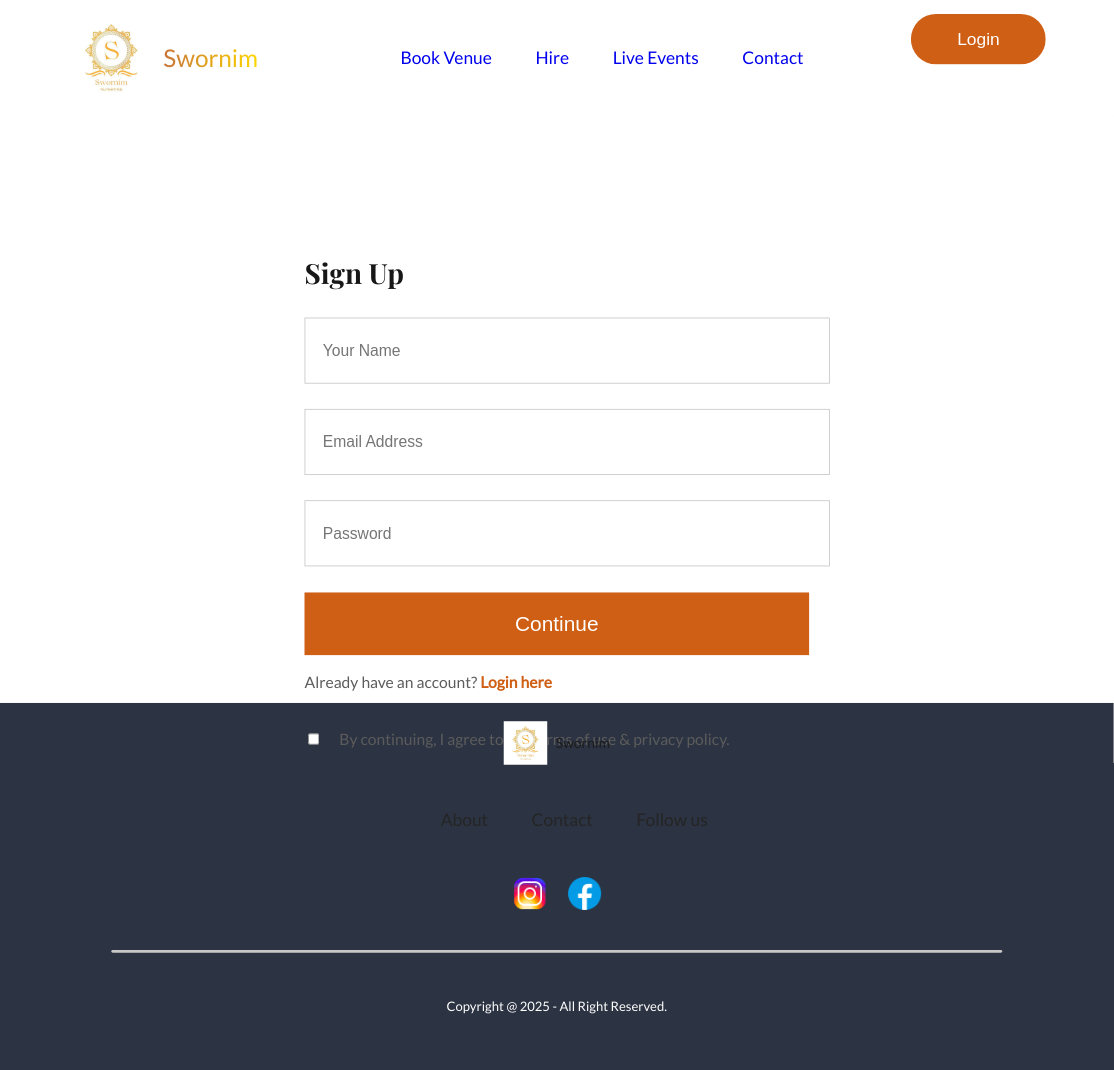
Repository: leonischu/Swornim
Page: /login (app in frontend/)
The author's editor kept a copy of each file at every save. The page is drawn from the files as they stood at one save, then again after the next save.
The browser window is 1280 px wide. The pictures show the whole page, at 87% of full size.
The project was rebuilt for these pictures with package versions that can differ from the ones it lists, and the page was loaded fresh each time. Also part of the build but not shown: frontend/src/App.css, frontend/src/Pages/Book.jsx, frontend/src/Pages/Contact.jsx.

Above is the page before, as saved 2025-05-31 15:29:28.

### frontend/public/index.html
<!DOCTYPE html>
<html lang="en">
  <head>
    <meta charset="utf-8" />
    <link rel="icon" href="%PUBLIC_URL%/favicon.ico" />
    <meta name="viewport" content="width=device-width, initial-scale=1" />
    <meta name="theme-color" content="#000000" />
    <meta
      name="description"
      content="Web site created using create-react-app"
    />
    <link rel="apple-touch-icon" href="%PUBLIC_URL%/logo192.png" />
    <!--
      manifest.json provides metadata used when your web app is installed on a
      user's mobile device or desktop. See https://developers.google.com/web/fundamentals/web-app-manifest/
    -->
    <link rel="manifest" href="%PUBLIC_URL%/manifest.json" />
    <link href="https://fonts.googleapis.com/css2?family=Lato:wght@400;600&family=Playfair+Display:wght@400;600;700&display=swap" rel="stylesheet">
    <!--
      Notice the use of %PUBLIC_URL% in the tags above.
      It will be replaced with the URL of the `public` folder during the build.
      Only files inside the `public` folder can be referenced from the HTML.

      Unlike "/favicon.ico" or "favicon.ico", "%PUBLIC_URL%/favicon.ico" will
      work correctly both with client-side routing and a non-root public URL.
      Learn how to configure a non-root public URL by running `npm run build`.
    -->
    <title>Swornim</title>
  </head>
  <body>
    <noscript>You need to enable JavaScript to run this app.</noscript>
    <div id="root"></div>
    <!--
      This HTML file is a template.
      If you open it directly in the browser, you will see an empty page.

      You can add webfonts, meta tags, or analytics to this file.
      The build step will place the bundled scripts into the <body> tag.

      To begin the development, run `npm start` or `yarn start`.
      To create a production bundle, use `npm run build` or `yarn build`.
    -->
  </body>
</html>

### frontend/src/index.css
body {
  margin: 0;
  font-family: -apple-system, BlinkMacSystemFont, 'Segoe UI', 'Roboto', 'Oxygen',
    'Ubuntu', 'Cantarell', 'Fira Sans', 'Droid Sans', 'Helvetica Neue',
    sans-serif;
  -webkit-font-smoothing: antialiased;
  -moz-osx-font-smoothing: grayscale;
  font-family: 'Lato', sans-serif ;
  color: rgb(29, 29, 29);
}
h1, h2, h3, h4, h5, h6 {
  font-family: 'Playfair Display', serif;
  color: rgb(23, 23, 23); /* Default heading color */
  font-weight: bold;
}
.body-medium {
  font-family: 'Lato', sans-serif;
  font-size: 16px;
  color: rgb(29, 29, 29);
}
.title-medium {
  font-family: 'Playfair Display', serif;
  font-size: 20px;
  font-weight: bold;
  color: rgb(23, 23, 23);
}
.headline-small {
  font-family: 'Playfair Display', serif;
  font-size: 24px;
  font-weight: bold;
  color: white; /* White for headings like "Book Venue" */
}

code {
  font-family: source-code-pro, Menlo, Monaco, Consolas, 'Courier New',
    monospace;
}

### frontend/src/App.js

import './App.css';
import { Navbar } from './Components/Navbar/Navbar';
import { BrowserRouter, Routes, Route } from 'react-router-dom';
import { Book } from './Pages/Book';
import { Contact } from './Pages/Contact';
import { LoginSignup } from './Pages/LoginSignup';
import { Footer} from './Components/Footer/Footer';
function App() {
  return (
    <div>
      <BrowserRouter>
      <Navbar/>
       <Routes>
          <Route path='/' element={<Book/>}/>
          <Route path='/contact' element={<Contact/>}/>

          <Route path='/login' element={<LoginSignup/>}/>
          </Routes>
         <Footer/>
      </BrowserRouter>
    </div>
  );
}

export default App;

### frontend/src/Components/Navbar/Navbar.jsx
import React, { useState } from 'react'
import './Navbar.css'

import logo from '../Assets/logo.jpg'
import { Link } from 'react-router-dom';
export const Navbar = () => {
    const [menu, setMenu] = useState(""); // State for active menu item

  return (
    <div className='navbar'>
      <div className='nav-logo'>
        <img src={logo} alt=""/>
        <p>Swornim</p>
      </div>
      <ul className="nav-menu">
        <li onClick={()=>{setMenu("book venue")}}><Link style={{ textDecoration: 'none' }}to='/'>Book Venue</Link>{menu==="book venue"?<hr/>:<></>}</li>
        <li onClick={()=>{setMenu("hire")}}><Link style={{ textDecoration: 'none' }}to='/hire'> Hire</Link>{menu==="hire"?<hr/>:<></>}</li>
        <li onClick={()=>{setMenu("live events")}}><Link style={{ textDecoration: 'none' }} to='/liveevents'>Live Events</Link>{menu==="live events"?<hr/>:<></>}</li>
        <li onClick={()=>{setMenu("contact")}}><Link style={{ textDecoration: 'none' }}  to='/contact'>Contact</Link >{menu==="contact"?<hr/>:<></>}</li>
      </ul>
      <div className='nav-login-cart'>
        <Link to='/login'><button>Login</button></Link>

      </div>
    </div>
  )
}

### frontend/src/Pages/LoginSignup.jsx
import React from 'react'
import './CSS/LoginSignup.css'

export const LoginSignup = () => {
  return (
    <div className='loginsignup'>
        <div className='loginsignup-container'>
            <h1>Sign Up</h1>
            <div className='loginsignup-fields'>
                <input type='text' placeholder='Your Name'/>
                <input type='email' placeholder='Email Address'/>
                <input type='password' placeholder='Password'/>
            </div>
            <button>Continue</button>
            <p className='loginsignup-login'>Already have an account? <span>Login here</span></p>
            <div className="loginsignup-agree">
                <input type='checkbox' name='' id=''/>
                <p>By continuing, I agree to the terms of use & privacy policy.</p>
            </div>
        </div>

    </div>

  )
}

### frontend/src/Components/Footer/Footer.jsx
import React from 'react'
import './Footer.css'
import footer_logo from '../Assets/logo.jpg'
import instagram_icon from '../Assets/instagram_icon.png'
import facebook_icon from '../Assets/facebook_icon.png'

export const Footer = () => {
  return (
    <div className='footer'>
     <div className="footer_logo">
        <img src={footer_logo} alt='logo'/>
        <p>Swornim</p>
        </div>
        <ul className='footer-links'>
            <li>About</li>
            <li>Contact</li>
            <li>Follow us</li>
        </ul>
        <div className='footer-social-icon'>
            <div className='footer-icons-container'>
                <img src={instagram_icon} alt=""/>
            </div>
            <div className='footer-icons-container'>
                <img src={facebook_icon} alt=""/>
            </div>
        </div>
        <div className="footer-copyright">
            <hr />
            <p> Copyright @ 2025 - All Right Reserved. </p>
        </div>
    </div>
  )
}

### frontend/src/Components/Navbar/Navbar.css
.navbar{
    display:flex;
    justify-content: space-around;
    padding: 16px;
    box-shadow: 0 1px 3px -2px black;
}
.nav-logo{
    display: flex;
    align-items: center;
    gap: 10px;
}
.nav-logo p {
    background: linear-gradient(to right, rgba(199, 116, 57, 1), #FFD700);
    -webkit-background-clip: text;
    -webkit-text-fill-color: transparent;
    background-clip: text; /* Optional for broader support */
    font-size: 28px;
    font-weight: 400;
}
.nav-logo img {
    width: 100px; /* Adjust the width of an image/icon */
    height: auto;
}
.nav-menu{
    display: flex;
    align-items: center;
    list-style: none;
    gap: 50px;
    color: black;
    font-size: 20px;
    font-weight: 500;

}
.nav-menu li{
    display: flex;
    flex-direction: column;
    align-items: center;
    justify-content: center;
    gap: 3px;
    cursor: pointer;

}
.nav-menu hr{
    border: none;
    width: 90%;
    height: 3px;
    border-radius: 15px;
    background: rgba(207, 95, 20, 1);

}
.nav-login-cart {
    display: flex; /* Flexbox layout */
    gap: 15px; /* Adjust the gap between buttons */
}
.nav-login-cart button{
    width: 155px;
    height: 58px;
    outline: none;
    border: 1px solid transparent;
    border-radius: 75px;
    background-color: rgba(207, 95, 20, 1);
    color: white;
    font-size: 20px;
    font-weight: 500;
    cursor: pointer;
}
.nav-login-cart button:active{
    background: rgba(44, 51, 66, 1);
}

### frontend/src/Pages/CSS/LoginSignup.css
.loginsignup{
    width: 100%;
    height: 80vh;
    background: white;
    padding-top: 100px;
}
.loginsignup-container{
    width: 580px;
    height: 600px;
    background: white;
    margin: auto;
    padding: 40px 60px;
}
.loginsignup-container h1{
    margin: 20px 0px;
}
.loginsignup-fields{
    display: flex;
    flex-direction: column;
    gap: 29px;
    margin-top: 30px;
}
.loginsignup-fields input{
    height: 72px;
    width: 100%;
    padding-left: 20px;
    border: 1px solid #c9c9c9;
    outline: none;
    color: #5c5c5c;
    font-size: 18px;
}
.loginsignup-container button{
    width: 580px;
    height: 72px;
    color: white;
    background: rgba(207, 95, 20, 1);
    margin-top: 30px;
    border: none;
    font-size: 24px;
    font-weight: 500;
    cursor: pointer;
}
.loginsignup-login{
    margin-top: 20px;
    color: #5c5c5c;
    font-size: 18px;
    font-weight: 500;
}
.loginsignup-login span{
    color: rgba(207, 95, 20, 1);
    font-weight: 600;
}
.loginsignup-agree{
  display: flex;
  align-items: center;
  margin-top: 25px;
  gap: 20px;
  color: #5c5c5c;
  font-size: 18px;
  font-weight: 500;
}

### frontend/src/Components/Footer/Footer.css
.footer{
    display: flex;
    flex-direction: column;
    justify-content: center;
    align-items: center;
    gap: 30px;
    padding: 20px 0;
    background-color: rgba(44, 51, 66, 1);;
    color: linear-gradient(to right, rgba(199, 116, 57, 1), #FFD700);
}
.footer_logo{
    display: flex;
    align-items: center;
    gap: 10px;

}
.footer_logo img {
    width: 50px; /* Adjust the width for the image */
    height: auto; /* Maintain aspect ratio */
}
.footer-logo p{
    color: #383838;
    font-size: 46px;
    font-weight: 700;
}
.footer-links{
    display: flex;
    list-style: none;
    gap: 50px;
    color: #252525;
    font-size: 20px;
}
.footer-links li{
    cursor: pointer;
    transition: color 0.3s;
}
.footer-links li:hover{
    color: #ffa500;
}
.footer-social-icon{
    display: flex;
    gap: 15px;
}
.footer-icon-container{
    padding: 10px;
    padding-bottom: 6px;
    background: white;
    border: 1px solid #ebebeb;
}
.footer-icon-container img {
    width: 25px; /* Adjust icon size */
    height: 25px; /* Ensure icons are square */
    cursor: pointer;
}
.footer-copyright{
    display: flex;
    flex-direction: column;
    align-items: center;
    gap: 30px;
    width: 100%;
    margin-bottom: 30px;
    color: white;
    font-size: 15px;
    text-align: center;
}
.footer-copyright hr{
    width: 80%;
    border: none;
    border-radius: 10px;
    height: 3px;
    background: #c7c7c7;
}

Loaded but not shown: frontend/src/index.js (common file); frontend/src/reportWebVitals.js (common file)

After the next save:
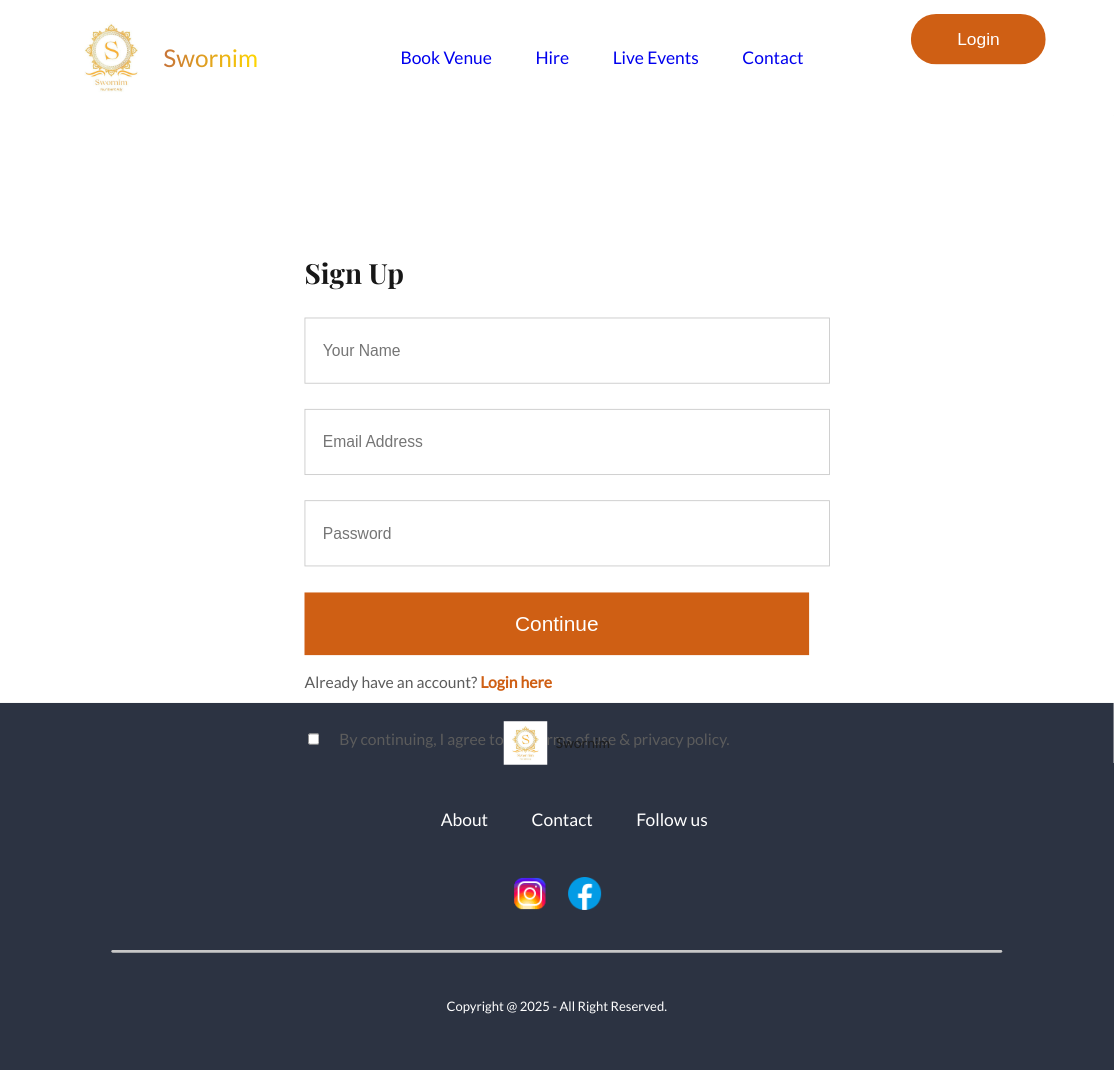
Saved 29 s later.
--- a/frontend/src/Components/Footer/Footer.css
+++ b/frontend/src/Components/Footer/Footer.css
@@ -27,7 +27,7 @@
     display: flex;
     list-style: none;
     gap: 50px;
-    color: #252525;
+    color: white;
     font-size: 20px;
 }
 .footer-links li{
